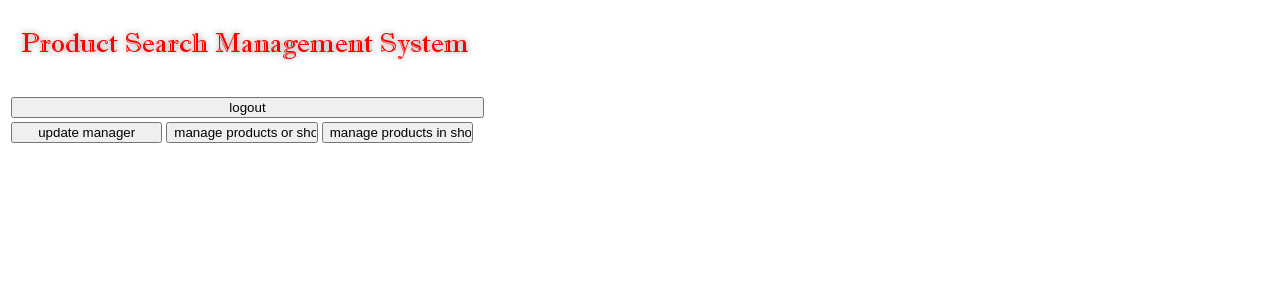
Repository: DishantVaghela/ProductSearchManagementSystem
Page: http://localhost/ProductSearchManagementSystem/services.jsp
These files come from the project's save history. The page is drawn as it stood at one moment and after the next save; the edit follows.
The browser window is 1280 px wide. The pictures show the whole page.
The page is served by Tomcat 9.

Above is the page before, as saved 2017-04-28 23:21:02.

After the next save:
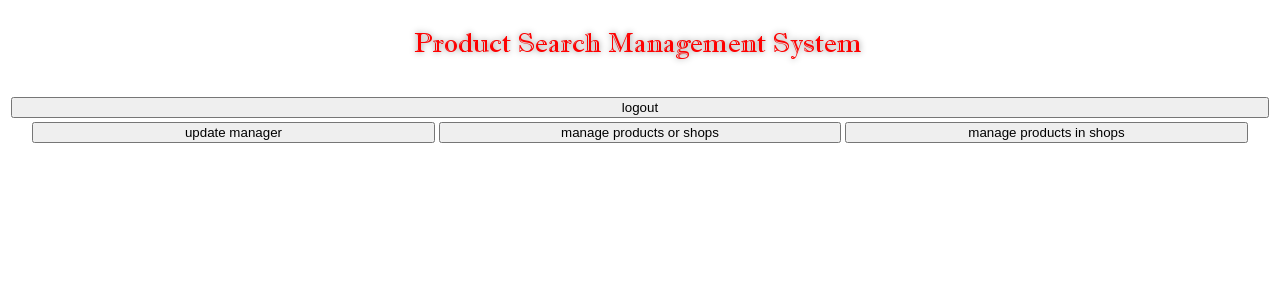
Saved 34 s later.
--- a/ProductSearchManagementSystem/WebContent/services.jsp
+++ b/ProductSearchManagementSystem/WebContent/services.jsp
@@ -5,6 +5,7 @@
 <head>
 <meta http-equiv="Content-Type" content="text/html; charset=ISO-8859-1">
 <title>Product Search Management System - services</title>
+<link rel="stylesheet" type="text/css" href="productSearchManagementSystem.css">
 </head>
 <body>
 	<form action="ServicesService" method="post">
